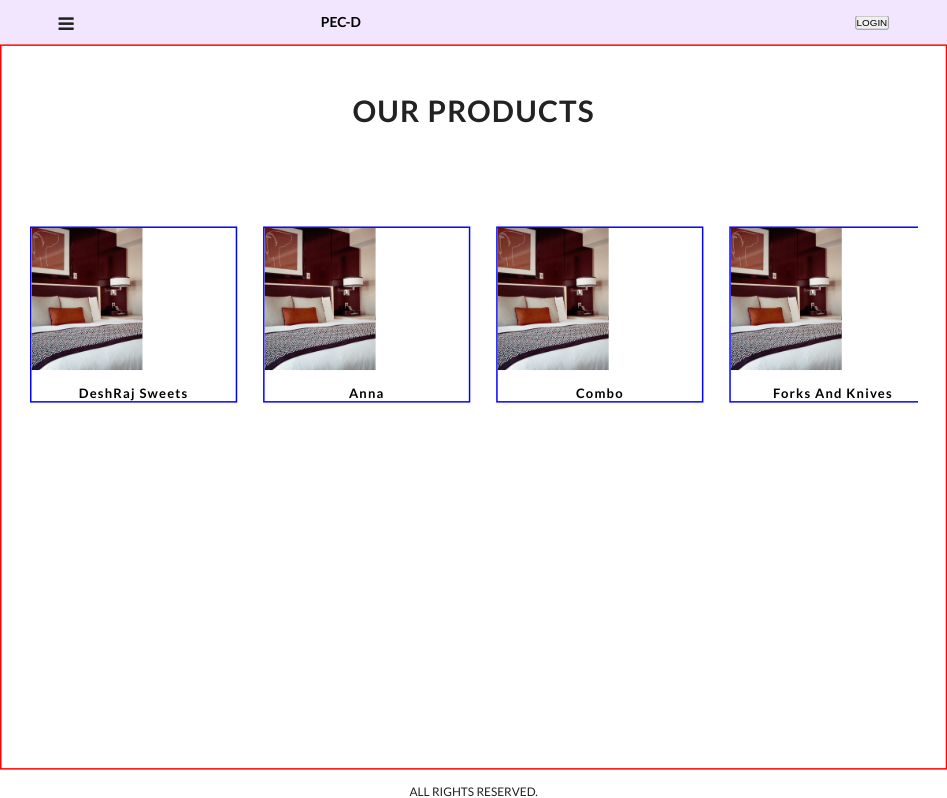
Repository: CHIR4G7/PEC-D
Page: public/index.html
An editor plug-in stored every save of this project. The page is shown before and after the next save, followed by the edit.
The browser window is 1280 px wide. The pictures show the whole page, at 74% of full size.

Above is the page before, as saved 2023-07-08 01:50:45.

After the next save:
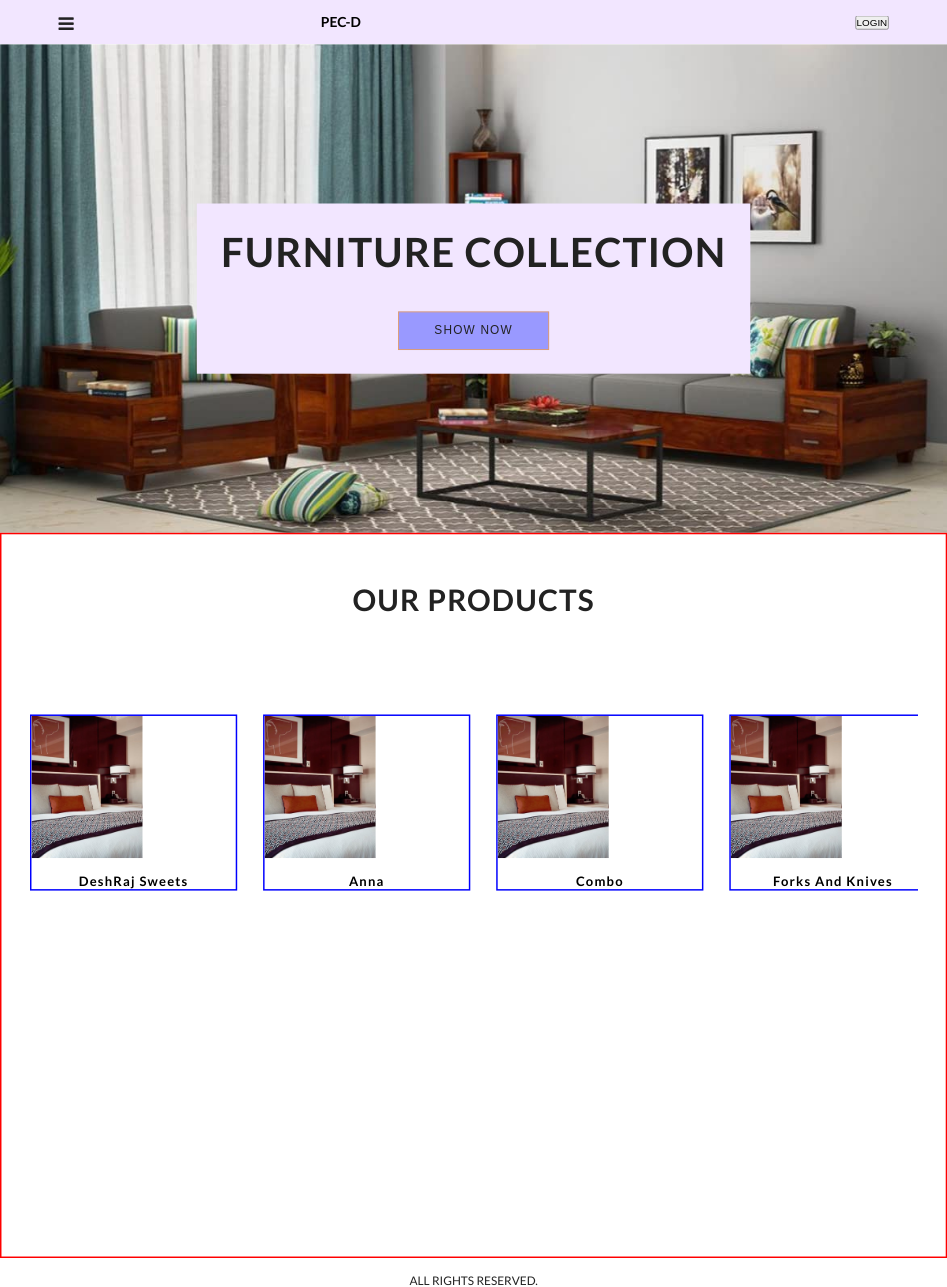
Saved 69 s later.
--- a/public/index.html
+++ b/public/index.html
@@ -31,12 +31,12 @@
     <!-- end of navbar -->
 
     <!-- hero -->
-    <!-- <header class="hero">
+    <header class="hero">
         <div class="banner">
             <h1 class="banner-title">FURNITURE COLLECTION</h1>
             <button class="banner-btn">SHOW NOW</button>
         </div>
-    </header> -->
+    </header>
     <!-- end of hero -->
 
     <!-- products -->
